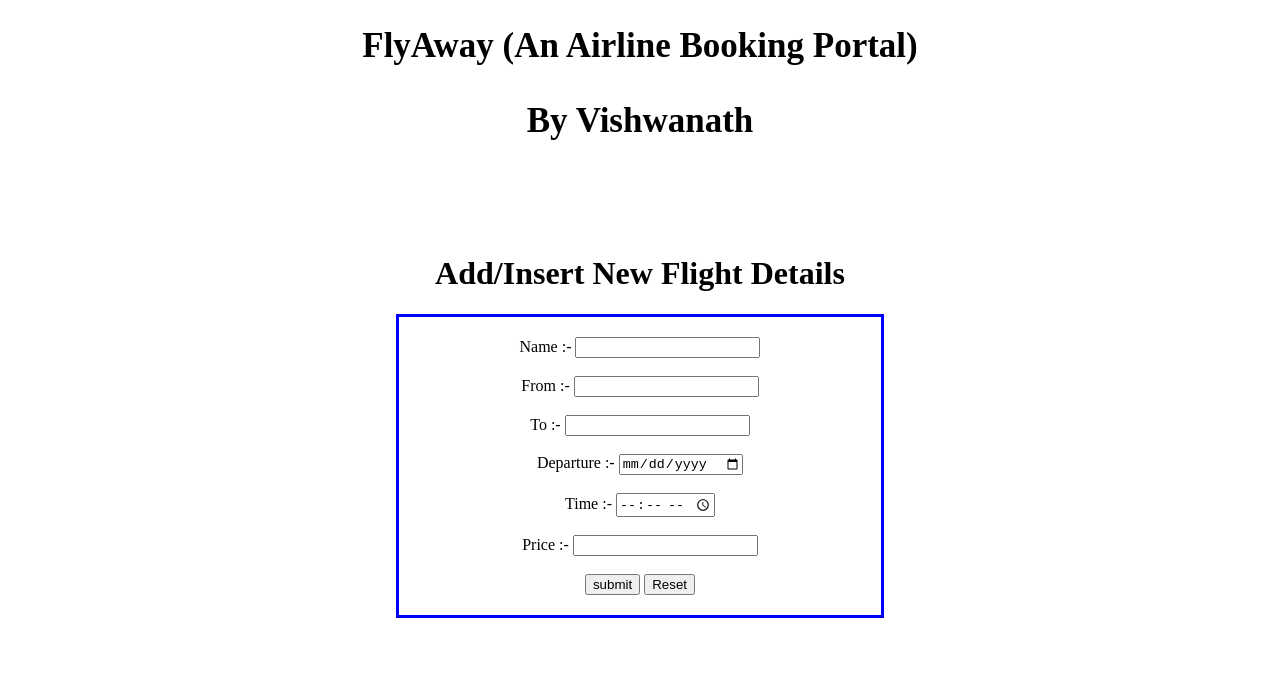
Repository: Vishu4401/FlyAway-An-Airline-Booking-Portal-
Page: http://localhost/FlyAway-An-Airline-Booking-Portal/AdminHome.jsp
These files come from the project's save history. The page is drawn as it stood at one moment and after the next save; the edit follows.
The browser window is 1280 px wide. The pictures show the whole page.
The page is served by Tomcat 9. Other server files are loaded and not shown.

Above is the page before, as saved 2022-08-24 04:16:24.

### FlyAway-An-Airline-Booking-Portal/src/main/webapp/AdminHome.jsp
<%@ page language="java" contentType="text/html; charset=ISO-8859-1"
    pageEncoding="ISO-8859-1"%>
<!DOCTYPE html>
<html>
<head>
<meta charset="ISO-8859-1">
<title>Admin Home Page</title>
</head>
<body >
<br>
<a href="HomeScreen.jsp" style="color:black;text-decoration:none ;font-size:35px;font-weight:bold;">
<center>FlyAway (An Airline Booking Portal)
<p>By Vishwanath</p>
</center></a>
<br><br>
<center>
<h1>Add/Insert New Flight Details</h1>

<div style="border:3px solid blue;width:35%;padding:20px" align="center">
<form action="BookFlight.jsp" method=post>
	<label for=name>Name :-</label> <input type="text" name=name id=name required /><br><br>
	<label for=from>From :-</label> <input type="text" name=from id=from required/><br><br>
	<label for=to>To :-</label> <input type="text" name=to id=to required /><br><br>
	<label for=departure>Departure :-</label> <input type="date" name=departure id=departure required/><br><br>
	<label for=time>Time :-</label> <input type="time" name=time id=time required /><br><br>
	<label for=price>Price :-</label> <input type="text" name=price id=price required /><br><br>
	<input type="submit" value=submit /> <input type=reset />
</form>
</div>
</center>
<%
	String message=(String)session.getAttribute("message");
	if(message!=null){
%>
<p style="color:silver;"><%=message %></p>
<%
		session.setAttribute("message", null);
	}
%>
</body>
</html>

After the next save:
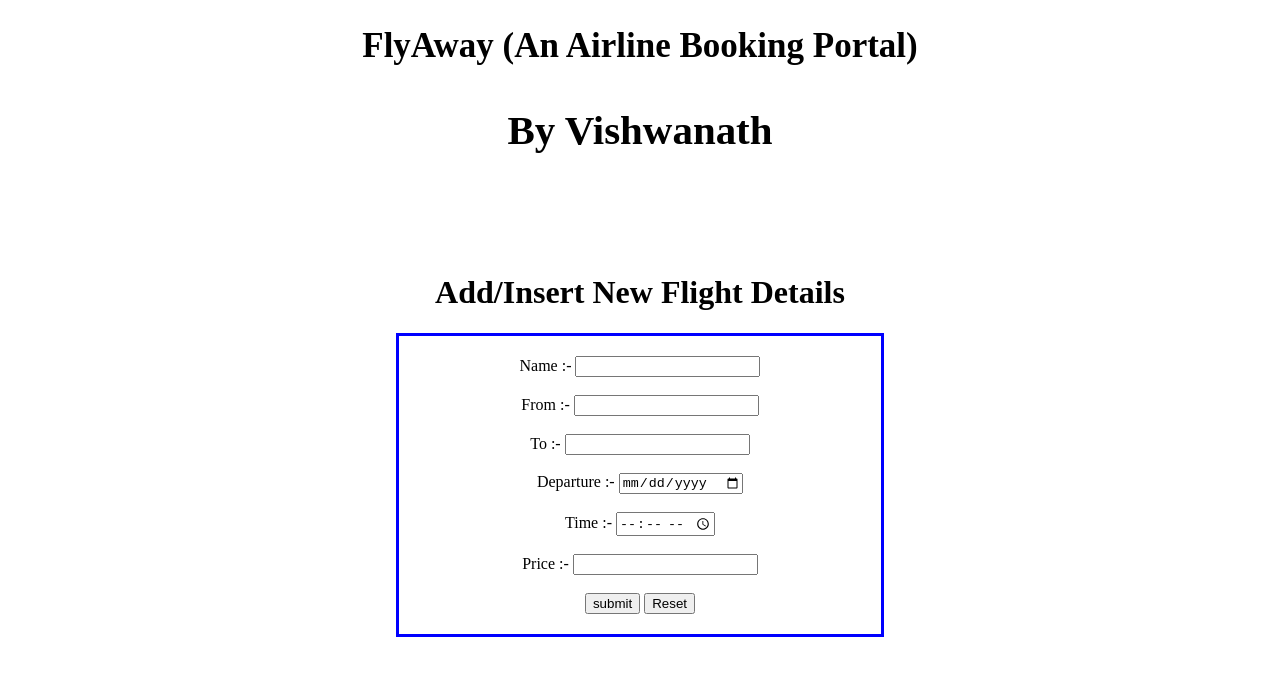
Saved 21 s later.
--- a/FlyAway-An-Airline-Booking-Portal/src/main/webapp/AdminHome.jsp
+++ b/FlyAway-An-Airline-Booking-Portal/src/main/webapp/AdminHome.jsp
@@ -10,7 +10,7 @@
 <br>
 <a href="HomeScreen.jsp" style="color:black;text-decoration:none ;font-size:35px;font-weight:bold;">
 <center>FlyAway (An Airline Booking Portal)
-<p>By Vishwanath</p>
+<h3>By Vishwanath</h3>
 </center></a>
 <br><br>
 <center>
